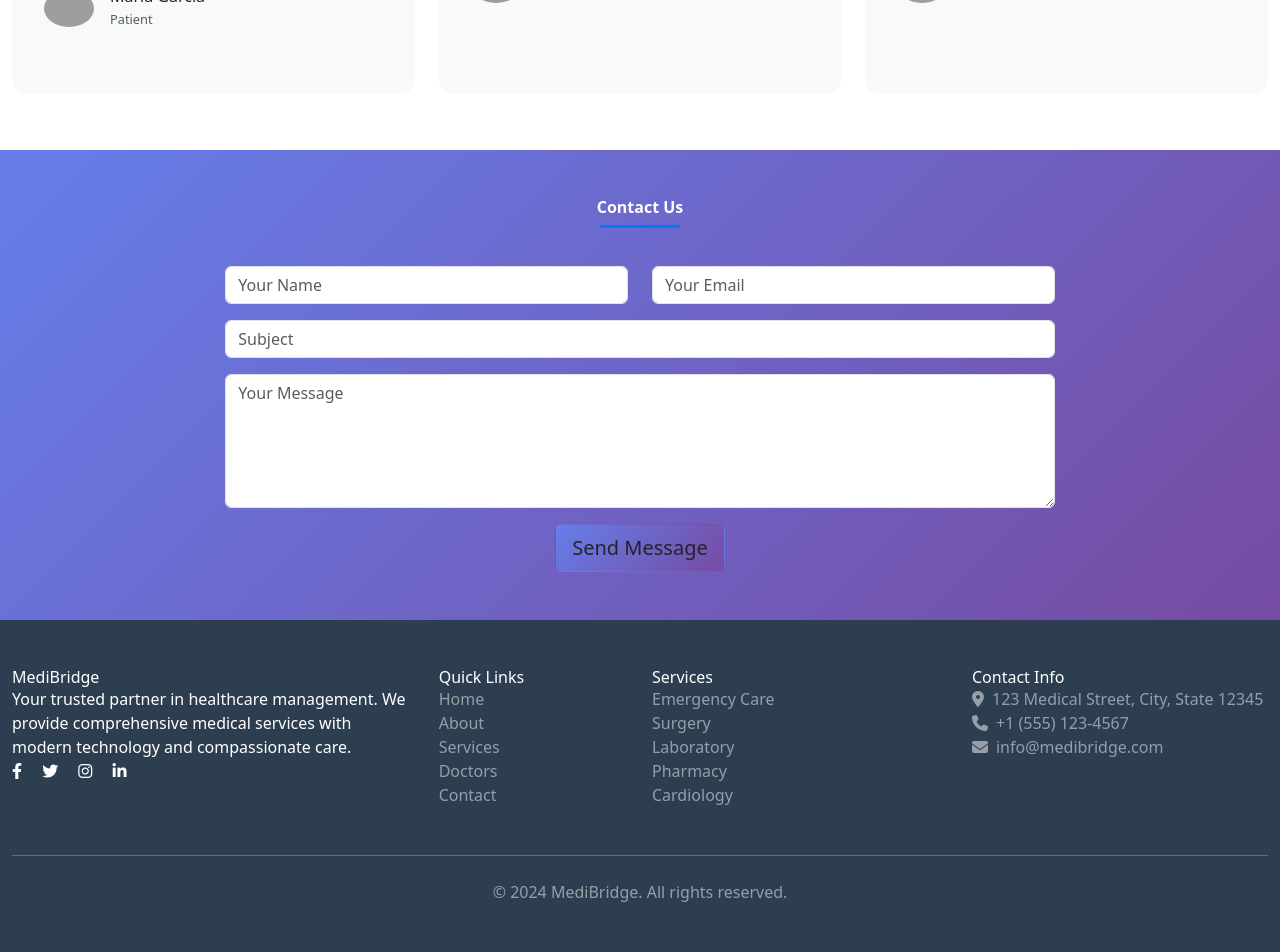
Repository: Abhinavan2004/MediBridge-hms
Page: http://localhost/Hospital_Management_System/
The author's editor kept a copy of each file at every save. The page is drawn from the files as they stood at one save, then again after the next save.
The browser window is 1280 px wide. The pictures show the part of the page from y = 2256 to 3208 px (the page is 3208 px tall).
Pictures or frames that could not be fetched are drawn as grey boxes. The page is served by Tomcat 9.

Above is the page before, as saved 2025-07-13 14:02:35.

After the next save:
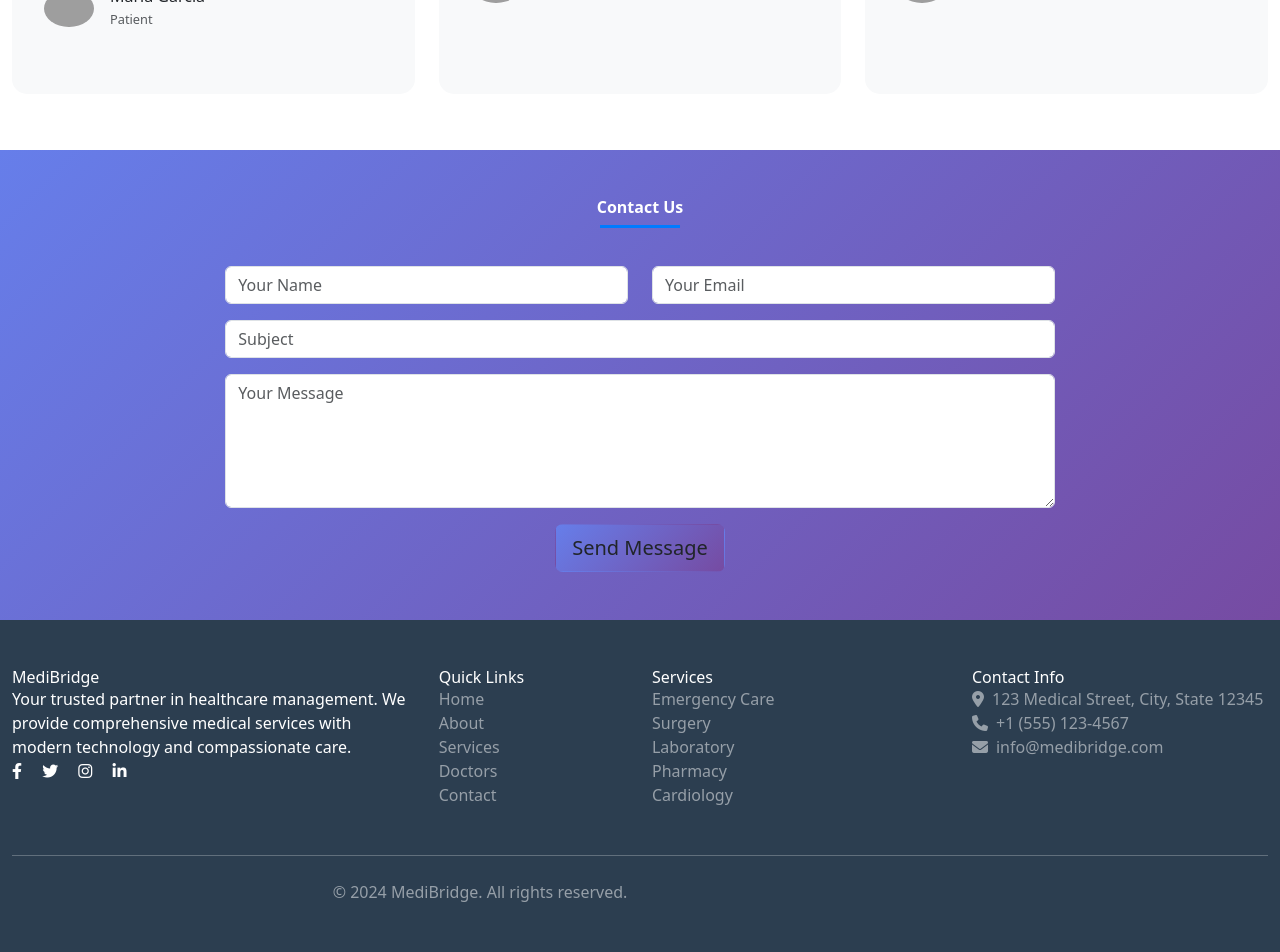
Saved 32 s later.
--- a/Hospital_Management_System/src/main/webapp/index.jsp
+++ b/Hospital_Management_System/src/main/webapp/index.jsp
@@ -402,13 +402,12 @@
             </div>
             <hr class="my-4">
             <div class="row">
-                <div class="col-lg-12 text-center">
+                <div class="col-lg-9 text-center">
                     <p class="text-white-50 mb-0">&copy; 2024 MediBridge. All rights reserved.</p>
                 </div>
             </div>
         </div>
     </footer>
 
-    <!-- Scripts are included in CDN file -->
 </body>
 </html>
